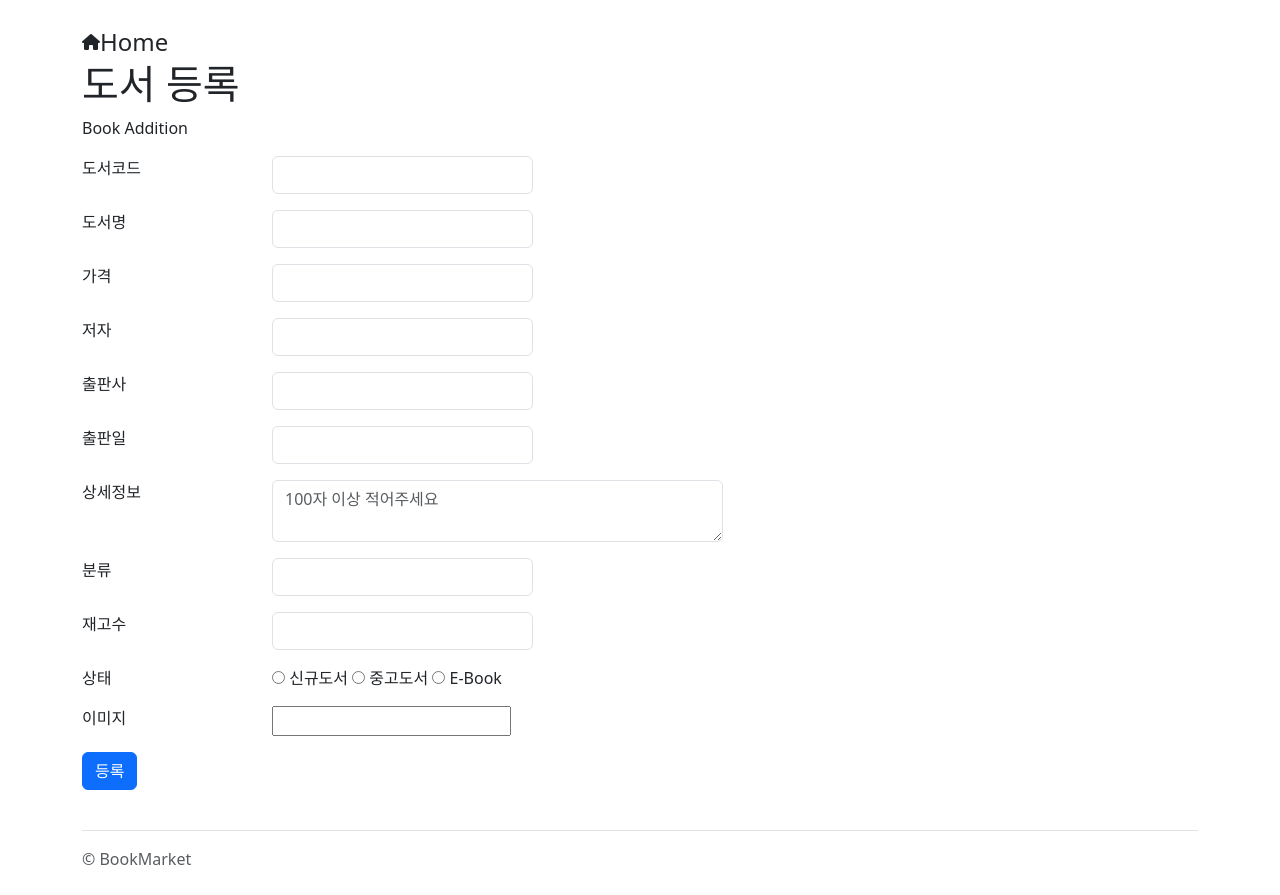
Repository: byeolchorong/ITedunet
Page: http://localhost/BookMarket/addBook.jsp
These files come from the project's save history. The page is drawn as it stood at one moment and after the next save; the edit follows.
The browser window is 1280 px wide. The pictures show the whole page.
Some web libraries are served in a nearby version. The page is served by Tomcat 9. Nobody is signed in. The application's start-up code is not run. Other server files are loaded and not shown.

Above is the page before, as saved 2025-05-28 01:44:04.

### JSP/BookMarket/src/main/webapp/addBook.jsp
<%@ page language="java" contentType="text/html; charset=UTF-8"
    pageEncoding="UTF-8"%>
<!DOCTYPE html>
<html>
<head>
<link href="https://cdn.jsdelivr.net/npm/bootstrap@5.3.6/dist/css/bootstrap.min.css" rel="stylesheet">
<script src="https://kit.fontawesome.com/705381df09.js" crossorigin="anonymous"></script>
<link href="./resources/css/bootstrap.min.css"/>
<meta charset="UTF-8">
<title>도서 등록</title>
</head>
<body>
<div class="container py-4">
	<%@include file="menu.jsp" %>

	<div>
		<div>
			<h1>도서 등록</h1>
			<p>Book Addition</p>
		</div>
	</div>

	<div class="row align-items-md-stretch">
		<form name="newBook" action="./processAddBook.jsp" class="form-horizontal" method="post" enctype="multipart/form-data">
			<div class="mb-3 row">
				<label class="col-sm-2">도서코드</label>
				<div class="col-sm-3">
					<input type="text" name="bookId" class="form-control">
				</div>
			</div>

			<div class="mb-3 row">
				<label class="col-sm-2">도서명</label>
				<div class="col-sm-3">
					<input type="text" name="name" class="form-control">
				</div>
			</div>

			<div class="mb-3 row">
				<label class="col-sm-2">가격</label>
				<div class="col-sm-3">
					<input type="text" name="unitPrice" class="form-control">
				</div>
			</div>

			<div class="mb-3 row">
				<label class="col-sm-2">저자</label>
				<div class="col-sm-3">
					<input type="text" name="author" class="form-control">
				</div>
			</div>

			<div class="mb-3 row">
				<label class="col-sm-2">출판사</label>
				<div class="col-sm-3">
					<input type="text" name="publisher" class="form-control">
				</div>
			</div>

			<div class="mb-3 row">
				<label class="col-sm-2">출판일</label>
				<div class="col-sm-3">
					<input type="text" name="releaseDate" class="form-control">
				</div>
			</div>

			<div class="mb-3 row">
				<label class="col-sm-2">상세정보</label>
				<div class="col-sm-5">
					<textarea name="description" cols="50" rows="2" class="form-control" placeholder="100자 이상 적어주세요"></textarea>
				</div>
			</div>

			<div class="mb-3 row">
				<label class="col-sm-2">분류</label>
				<div class="col-sm-3">
					<input type="text" name="category" class="form-control">
				</div>
			</div>

			<div class="mb-3 row">
				<label class="col-sm-2">재고수</label>
				<div class="col-sm-3">
					<input type="text" name="unitsInStock" class="form-control">
				</div>
			</div>

			<div class="mb-3 row">
				<label class="col-sm-2">상태</label>
				<div class="col-sm-5">
					<input type="radio" name="condition" value="New"> 신규도서
					<input type="radio" name="condition" value="Old"> 중고도서
					<input type="radio" name="condition" value="EBook"> E-Book
				</div>
			</div>

			<div class="mb-3 row">
				<label class="col-sm-2">이미지</label>
				<div class="col-sm-5">
					<input>
				</div>
			</div>

			<div class="mb-3 row">
				<div class="col-sm-offset-2 col-sm-10">
					<input type="submit" class="btn btn-primary" value="등록">
				</div>
			</div>
		</form>
	</div>

	<jsp:include page="footer.jsp"/>

</div>
</body>
</html>

### JSP/BookMarket/src/main/webapp/menu.jsp
<%@ page language="java" contentType="text/html; charset=UTF-8"
    pageEncoding="UTF-8"%>
<link href="https://cdn.jsdelivr.net/npm/bootstrap@5.3.6/dist/css/bootstrap.min.css" rel="stylesheet">
<script src="https://kit.fontawesome.com/705381df09.js" crossorigin="anonymous"></script>

	<header>
		<a href="./welcome.jsp" class="d-flex align-items-center text-dark text-decoration-none">
			<i class="fa-solid fa-house"></i>
			<span class="fs-4">Home</span>
		</a>
	</header>

### JSP/BookMarket/src/main/webapp/footer.jsp
<%@ page language="java" contentType="text/html; charset=UTF-8"
    pageEncoding="UTF-8"%>

	<footer class="pt-3 mt-4 text-body-secondary border-top">
		&copy; BookMarket
	</footer>

After the next save:
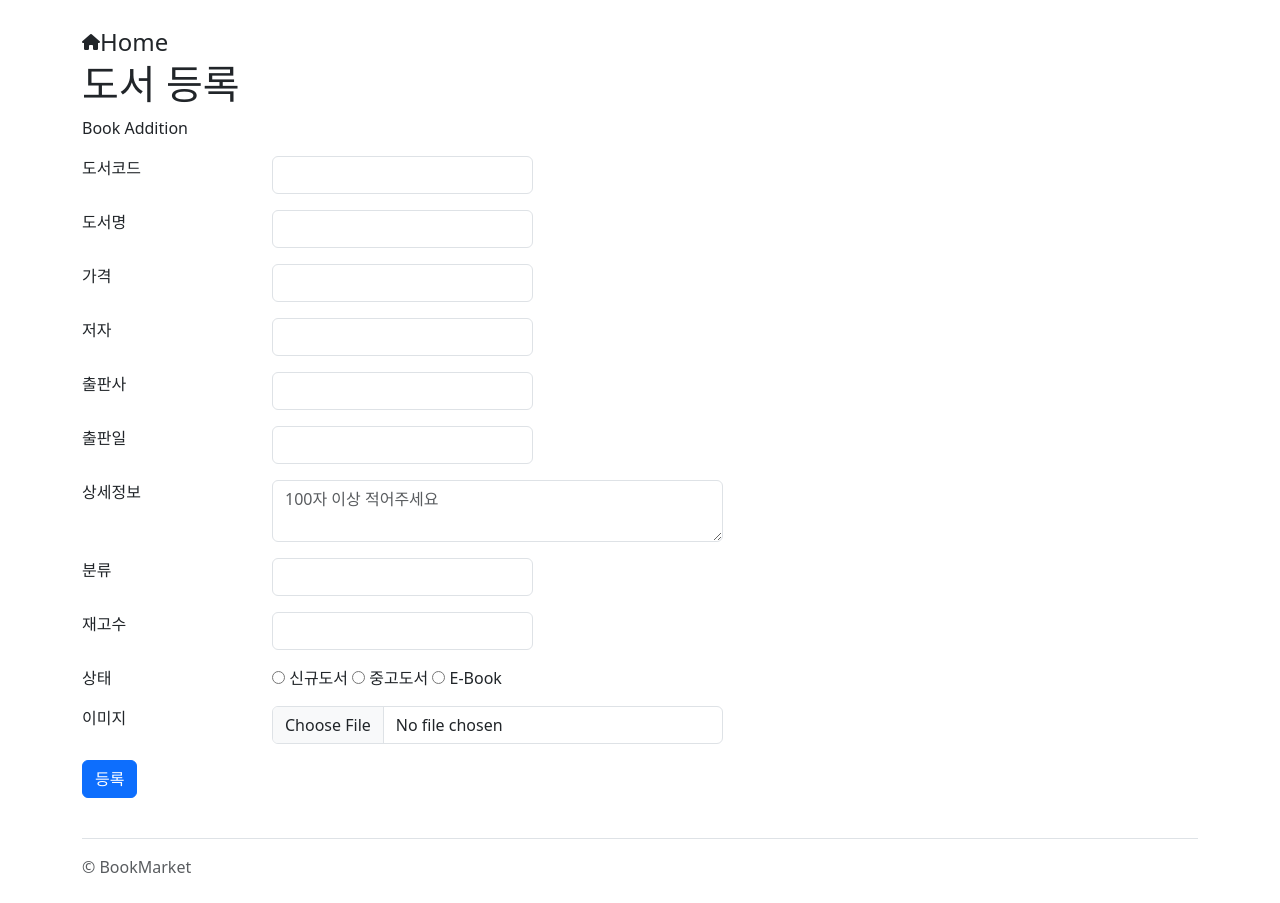
Saved 26 s later.
--- a/JSP/BookMarket/src/main/webapp/addBook.jsp
+++ b/JSP/BookMarket/src/main/webapp/addBook.jsp
@@ -97,7 +97,7 @@
 			<div class="mb-3 row">
 				<label class="col-sm-2">이미지</label>
 				<div class="col-sm-5">
-					<input>
+					<input type="file" name="BookImage" class="form-control">
 				</div>
 			</div>
 
